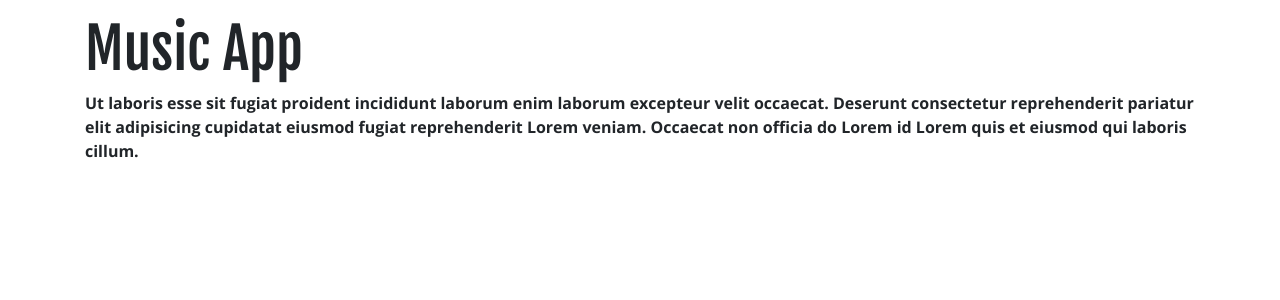
Repository: tanviredu/Data
Page: / (app in 28_vue_with_apis/vue-apis/)
An editor plug-in stored every save of this project. The page is shown before and after the next save, followed by the edit.
The browser window is 1280 px wide. The pictures show the whole page.
The project was rebuilt for these pictures with package versions that can differ from the ones it lists, and the page was loaded fresh each time.

Above is the page before, as saved 2020-07-13 08:31:26.

### 28_vue_with_apis/vue-apis/public/index.html
<!DOCTYPE html>
<html lang="en">
  <head>
    <meta charset="utf-8" />
    <meta http-equiv="X-UA-Compatible" content="IE=edge" />
    <meta name="viewport" content="width=device-width,initial-scale=1.0" />
    <link rel="icon" href="<%= BASE_URL %>favicon.ico" />
    <link
      href="https://fonts.googleapis.com/css2?family=Fjalla+One&family=Open+Sans:wght@700&display=swap"
      rel="stylesheet"
    />
    <title><%= htmlWebpackPlugin.options.title %></title>
  </head>
  <body>
    <noscript>
      <strong
        >We're sorry but <%= htmlWebpackPlugin.options.title %> doesn't work
        properly without JavaScript enabled. Please enable it to
        continue.</strong
      >
    </noscript>
    <div id="app"></div>
    <!-- built files will be auto injected -->
  </body>
</html>

### 28_vue_with_apis/vue-apis/src/main.js
import Vue from "vue";
import App from "./App.vue";

Vue.config.productionTip = false;

import "bootstrap";

import "../node_modules/bootstrap/dist/css/bootstrap.css";
import { library } from "@fortawesome/fontawesome-svg-core";
import {
  faPlus,
  faMinus,
  faTrash,
  faCheck,
  faPlay,
  faPause,
} from "@fortawesome/free-solid-svg-icons";
library.add(faPlus, faMinus, faTrash, faCheck, faPlay, faPause);

new Vue({
  render: (h) => h(App),
}).$mount("#app");

### 28_vue_with_apis/vue-apis/src/App.vue
<template>
  <div id="app" class="container">
    <div class="mt-3">
      <h1 class="display-4" style="font-family: 'Fjalla One'">{{name}}</h1>
    </div>
    <div
      style="font-family: 'Open Sans', sans-serif;"
    >Ut laboris esse sit fugiat proident incididunt laborum enim laborum excepteur velit occaecat. Deserunt consectetur reprehenderit pariatur elit adipisicing cupidatat eiusmod fugiat reprehenderit Lorem veniam. Occaecat non officia do Lorem id Lorem quis et eiusmod qui laboris cillum.</div>
    <font-awesome-icon />
  </div>
</template>

<script>
import { FontAwesomeIcon } from "@fortawesome/vue-fontawesome";

export default {
  name: "App",
  data() {
    return {
      name: "Music App"
    };
  },
  components: {
    FontAwesomeIcon
  }
};
</script>

<style>
</style>

After the next save:
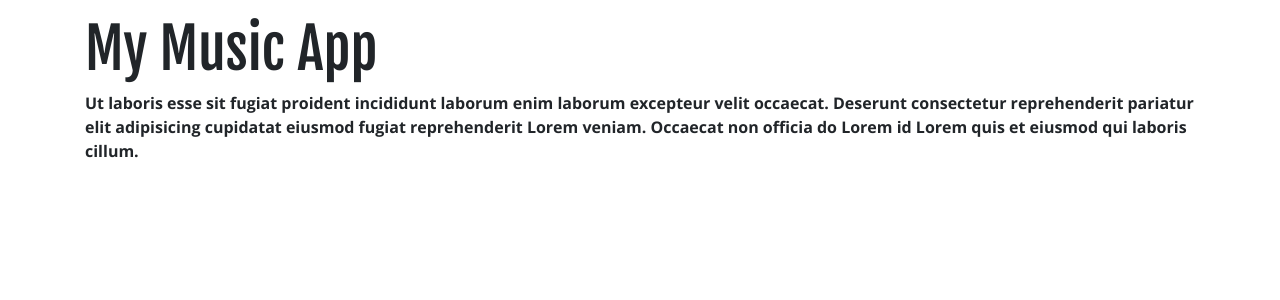
Saved 69 s later.
--- a/28_vue_with_apis/vue-apis/src/App.vue
+++ b/28_vue_with_apis/vue-apis/src/App.vue
@@ -17,7 +17,7 @@ export default {
   name: "App",
   data() {
     return {
-      name: "Music App"
+      name: " My Music App"
     };
   },
   components: {
